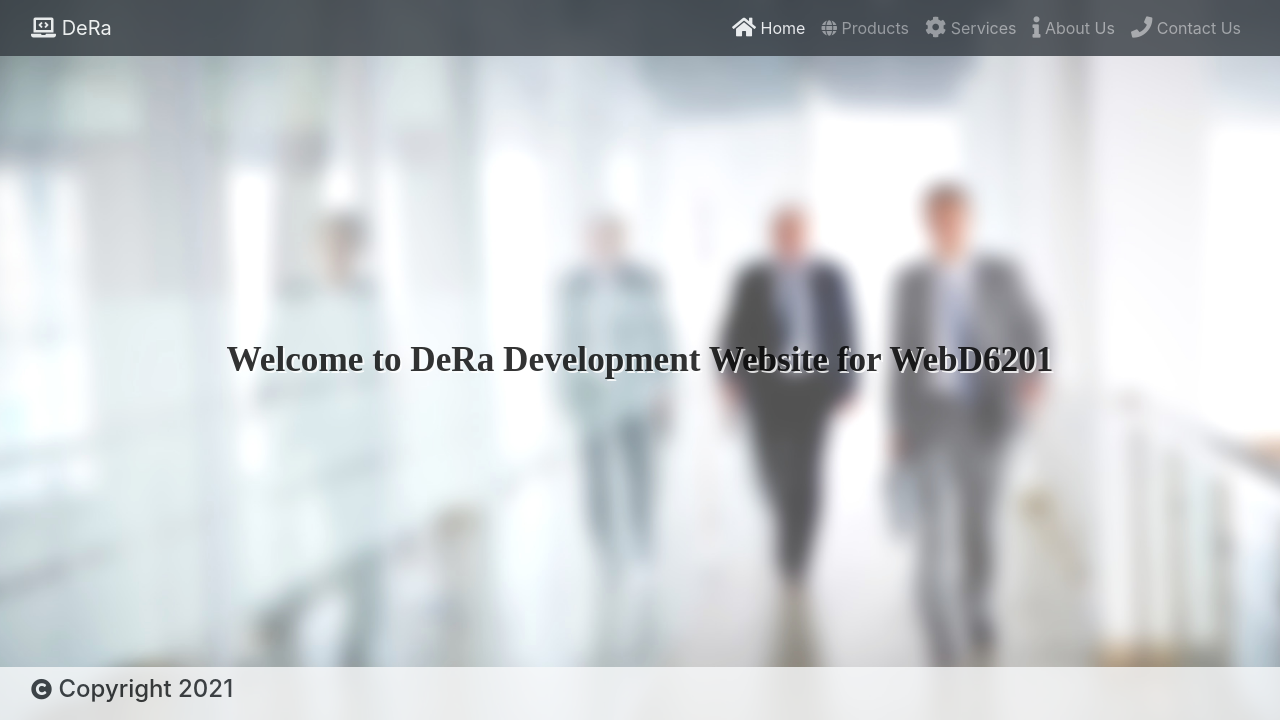
Repository: deividwsantoss/web6201-Lab1
Page: index.html
An editor plug-in stored every save of this project. The page is shown before and after the next save, followed by the edit.
The browser window is 1280 px wide. The pictures show the whole page.

Above is the page before, as saved 2021-02-03 08:25:41.
Console error (its wording comes from the project's code and is left out).

### index.html
<!DOCTYPE html>
<html lang="en">
<head>
    <meta charset="UTF-8">
    <meta name="viewport" content="width=device-width, initial-scale=1.0">
    <title>Home</title>
</head>
<!-- CSS SECTION-->
<link rel="stylesheet" href="./node_modules/bootstrap/dist/css/bootstrap.min.css">
<link rel="stylesheet" href="./node_modules/@fortawesome/fontawesome-free/css/all.min.css">
<link rel="stylesheet" href="./Content/app.css">

<body class="bg">
    <!-- Main Header-->
    <header>
        <!-- Main Navegation-->
        <nav class="navbar navbar-expand-lg navbar-dark bg-dark">
            <div class="container-fluid">
              <a class="navbar-brand" href="Index.html"><i class="fas fa-laptop-code"></i> DeRa</a>
              <button class="navbar-toggler" type="button" data-bs-toggle="collapse" data-bs-target="#navbarSupportedContent" aria-controls="navbarSupportedContent" aria-expanded="false" aria-label="Toggle navigation">
                <span class="navbar-toggler-icon"></span>
              </button>
              <div class="collapse navbar-collapse" id="navbarSupportedContent">
                <ul class="navbar-nav ml-auto mb-2 mb-lg-0">
                  <li class="nav-item">
                    <a class="nav-link active" aria-current="page" href="Index.html"><i class="fas fa-home fa-lg"></i> Home</a>
                  </li>
                  <li class="nav-item">
                    <a class="nav-link" aria-current="page" href="products.html"><i class="fas fa-globe"></i> Products</a>
                  </li>
                  <li class="nav-item">
                    <a class="nav-link" aria-current="page" href="services.html"><i class="fas fa-cog fa-lg"></i> Services</a>
                  </li>
                  <li class="nav-item">
                    <a class="nav-link" aria-current="page" href="about.html"><i class="fas fa-info fa-lg"></i> About Us</a>
                  </li>
                  <li class="nav-item">
                    <a class="nav-link" aria-current="page" href="contact.html"><i class="fas fa-phone fa-lg"></i> Contact Us</a>
                  </li>

                </ul>

              </div>
            </div>
          </nav>

    </header>

    <!-- Main Content-->
        <main class="container">
          <div class="text-md-center">

              <p id="paragraphOne"> </p>

          </div>
        </main>
        <!-- Main Footer-->
        <footer>
          <nav class="navbar fixed-bottom navbar-light bg-light">
              <div class="container-fluid ">
                  <h4 id="welcome"><i class="fas fa-copyright fa-sm"></i> Copyright 2021 </h4>
              </div>
            </nav>

      </footer>
    <!--- Script Section-->
    <script src="./node_modules/bootstrap/dist/js/bootstrap.bundle.min.js"></script>
    <script src="./node_modules/jquery/dist/jquery.min.js"></script>
    <script src="./Scripts/app.js"></script>
</body>

</html>

### Content/app.css
/* Custom CSS goes here */
body,html{
    height: 100%;
    margin: 0;
}
.bg{
    background-image: url("Background-White.jpg");
    background-repeat: no-repeat;
    background-size: cover;
    background-position: center;
    opacity: 0.8;
}

.contactimage{
    background-image:url("contactimg.jpg");
    background-repeat: no-repeat;
    background-size: cover;
    background-position: center;
    opacity: 0.8;
}
.productsbg {
    background-image:url("productsbg.jpg");
    background-repeat: no-repeat;
    background-size: cover;
    background-position: center;
    opacity: 0.8;
}

.servicesbackgroud{
    background-image:url("services.jpg");
    background-repeat: no-repeat;
    background-size: cover;
    background-position: center;
    opacity: 0.8;
}
.aboutus{
    background-image:url("bgimage.jpg");
    background-repeat: no-repeat;
    background-size: cover;
    background-position: center;
    opacity: 0.8;
}

#paragraphOne {
    color: black;
    font-size: 220%;
    margin-top: 25%;
    text-shadow: 2px 2px white;
    font-family: cursive;
    font-weight: bold;

}

### Scripts/app.js
/* Custom JavaScript goes here */


"use strict";

(function(){


    function displayHome(){
        let paragraphOneText = "Welcome to DeRa Development Website for WebD6201";
        let paragraphOneElement = document.getElementById("paragraphOne");

        paragraphOneElement.textContent = paragraphOneText;
        paragraphOneElement.className = "fs-6 align-middle";
    }
    function displayAbout(){

    }
    function displayProducts(){

    }
    function displayServices(){

    }
    function displayContact(){

        let messageArea = document.getElementById("messageArea");
        messageArea.hidden = true;

        //Form Validation...

        let fullName = document.getElementById("fullName");
        fullName.addEventListener("blur", function(){
            if(fullName.value.length < 2){
                fullName.focus;
                fullName.select();
                messageArea.hidden = false;
                messageArea.className = "alert alert-danger";
                messageArea.textContent = "Please, Enter an appropriate name."
            }
            else{
                messageArea.removeAttribute("Class");
                messageArea.hidden = true;
            }
        });

        //validating number
        let contactNumber = document.getElementById("contactNumber");
        contactNumber.addEventListener("blur", function(){

            if(contactNumber.value.length < 10 || contactNumber.value.length > 10 )
            {
                contactNumber.focus;
                contactNumber.select();
                messageArea.hidden = false;
                messageArea.className = "alert alert-danger";
                messageArea.textContent = "Please, Insert a valid Number";
            }
            else {
                messageArea.removeAttribute("Class");
                messageArea.hidden = true;
            }

        });

        // Validating short text
        let shortMessage = document.getElementById("shortMessage");
        shortMessage.addEventListener("blur", function(){

            if(shortMessage.value.length > 50){
                shortMessage.focus;
                shortMessage.select();
                messageArea.hidden = false;
                messageArea.className = "alert alert-danger";
                messageArea.textContent = "Maximum characters allowed (50)";
            }
            else{
                messageArea.removeAttribute("Class");
                messageArea.hidden = true;
            }
        });

        let sendButton = document.getElementById("sendButton");
        sendButton.addEventListener("click", function(event){
            event.preventDefault();
        });
        document.getElementById("sendButton").onclick = function (){
            location.href = "index.html"
        };

    }


    function Start(){
        console.log("App Start...");

        switch (document.title) {

            case 'Home':
                displayHome();
                break;
            case 'About':
                displayAbout();
                break;
            case 'Products':
                displayProducts();
                break;
            case 'Services':
                displayServices();
                break;
            case 'Contact':
                displayContact();
                break;

        }


    }
    window.addEventListener("load",Start);

})();

Loaded but not shown: node_modules/bootstrap/dist/css/bootstrap.min.css (library); node_modules/@fortawesome/fontawesome-free/css/all.min.css (library); node_modules/bootstrap/dist/js/bootstrap.bundle.min.js (library); node_modules/jquery/dist/jquery.min.js (library)

After the next save:
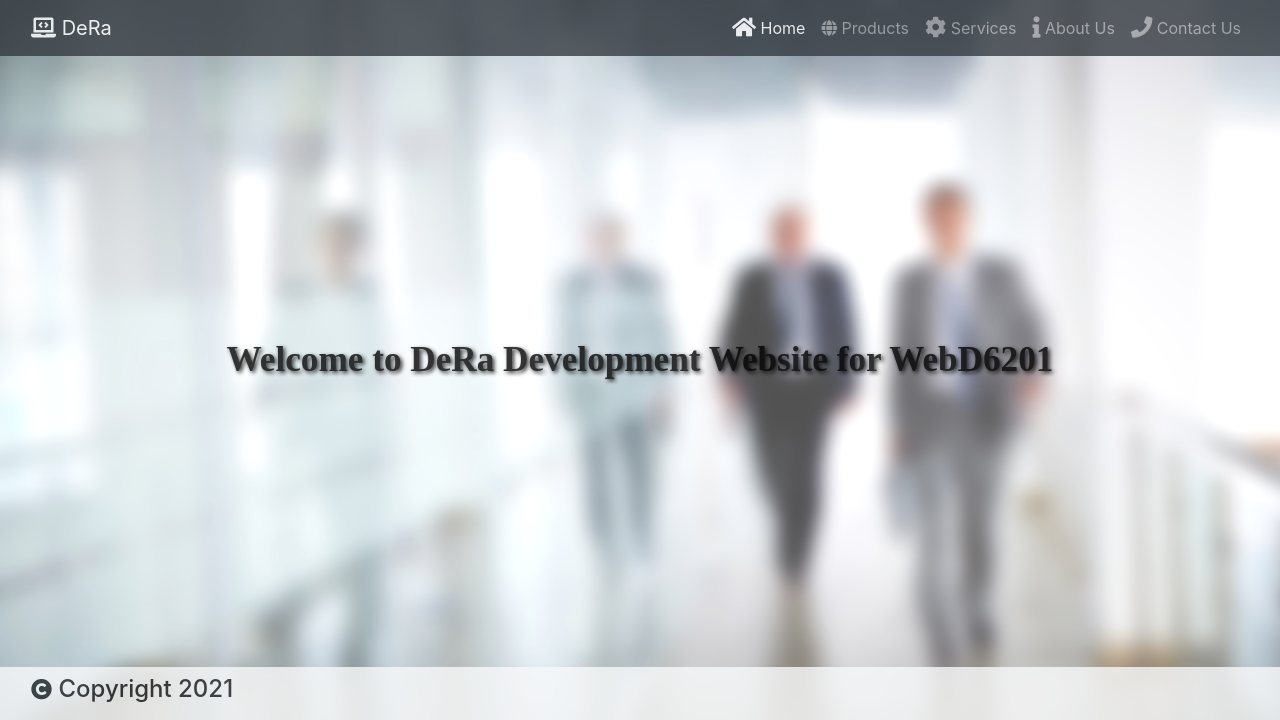
Saved 104 s later.
--- a/Content/app.css
+++ b/Content/app.css
@@ -45,7 +45,7 @@ body,html{
     color: black;
     font-size: 220%;
     margin-top: 25%;
-    text-shadow: 2px 2px white;
+    text-shadow: 2px 2px 4px #000;
     font-family: cursive;
     font-weight: bold;
 
